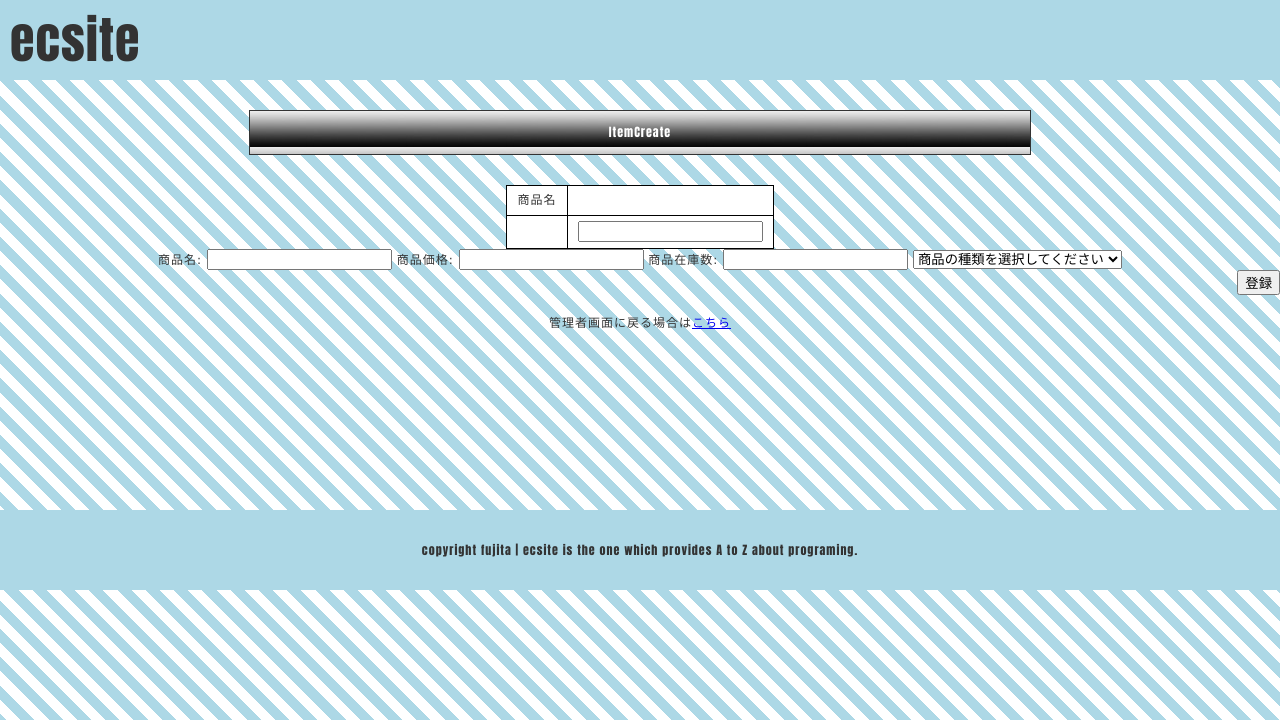
Repository: ryousukefujita-0423/test
Page: http://localhost/ecsite/itemCreate.jsp
These files come from the project's save history. The page is drawn as it stood at one moment and after the next save; the edit follows.
The browser window is 1280 px wide. The pictures show the whole page.
The page is served by Tomcat 9. Other server files are loaded and not shown.

Above is the page before, as saved 2019-03-22 03:16:20.

### ecsite/WebContent/itemCreate.jsp
<%@ page language="java" contentType="text/html; charset=UTF-8"
	pageEncoding="UTF-8"%>
<%@ taglib prefix="s" uri="/struts-tags"%>
<!DOCTYPE html>
<html>
<head>
<meta http-equiv="Content-Type" content="text/html; charset=UTF-8" />
<meta http-equiv="Content-Style-Type" content="text/css" />
<meta http-equiv="Content-Script-Type" content="text/javascript" />
<meta http-equiv="imagetoolbar" content="no" />
<meta name="description" content="" />
<meta name="keywords" content="" />
<link rel="stylesheet" type="text/css" href="./css/style.css">
<title>ItemCreate画面</title>
</head>
<body>
	<div id="header">ecsite</div>
	<div id="main">
		<div id="top">
			<p>ItemCreate</p>
		</div>
		<s:if test="errormsg !=''">
			<s:property value="errormsg" />
		</s:if>
		<s:form action="ItemCreateConfirmAction">
			<table>
				<tr>
					<td>商品名</td>
					<td><s:textfield name="item_name" /></td>
				</tr>

			</table>
			<s:textfield name="item_name" label="商品名" />
			<s:textfield name="item_price" label="商品価格" />
			<s:textfield name="item_stock" label="商品在庫数" />
			<select name="item_type">
				<option>商品の種類を選択してください</option>
				<option value="1">文房具</option>
				<option value="2">書籍</option>
				<option value="3">電化製品</option>
				<option value="4">食品</option>
				<option value="5">家具</option>
				<option value="6">日用雑貨</option>
			</select>
			<s:submit value="登録" />
		</s:form>
		<br>
		<div>
			管理者画面に戻る場合は<a href="http://localhost:8080/ecsite/admin.jsp" />こちら</a>
		</div>
	</div>
	<div id="footer">copyright fujita | ecsite is the one which
		provides A to Z about programing.</div>
</body>
</html>

### ecsite/WebContent/css/style.css
@CHARSET "UTF-8";

body {
	margin: 0;
	padding: 0;
	line-height: 1.6;
	letter-spacing: 1px;
	font-family: Verdana, Helvetica, sans-serif;
	font-size: 12px;
	color: #333;
	background: repeating-linear-gradient(45deg, lightblue, lightblue 10px, white 0,
		white 20px);
}

table {
	text-align: center;
	margin: 0 auto;
	border-collapse: collapse;
}

tr {
	background-color: white;
}

td {
	padding: 5px 10px;
	border: 1px solid black;
}

#top {
	width: 780px;
	margin: 30px auto;
	border: 1px solid #333;
	font-family: impact;
	background-image: url("../img/trbackba.jpg");
	background-position: top left;
	color: white;
	background-color: #eeeeff;
}

#header {
	widht: 100%;
	height: 80px;
	background-color: lightblue;
	line-height: 80px;
	font-family: impact;
	font-size: 50px;
	padding-left: 10px;
}

#kanri {
	clear: both;
	widht: 100%;
	height: 100px;
	line-height: 100px;
	text-align: center;
}

#main {
	widht: 100%;
	height: 100%;
	text-align: center;
	position: relative;
	min-height: 400px;
}

#footer {
	widht: 100%;
	height: 80px;
	background-color: lightblue;
	clear: both;
	font-family: impact;
	line-height: 80px;
	text-align: center;
	bottom: 0;
}

#text-center {
	display: inline-block;
	text-aligin: center;
}

#text-link {
	display: inline-block;
	text-aligin: right;
}

#text-center {
	display: inline-block;
	text-align: center;
}

#left {
	float: left;
	width: 50%;
	height: 200px;
}

#right {
	float: right;
	width: 50%;
	height: 200px;
}

#color {
	widht: 20px;
	height: 50px;
}

#checkbox_hidden {
	display: none;
}

#table_color {
	background-color: white;
}

#sold_color {
	color: red;
	border: 1px solid black;
}

#table_midashi {
	background-image: url("../img/trbackba.jpg");
	background-position: bottom left;
	color: white;
	background-color: #eeeeff;
}

#item_type {
	border-collapse: separate;
	border-spacing: 40px 20px;
}

After the next save:
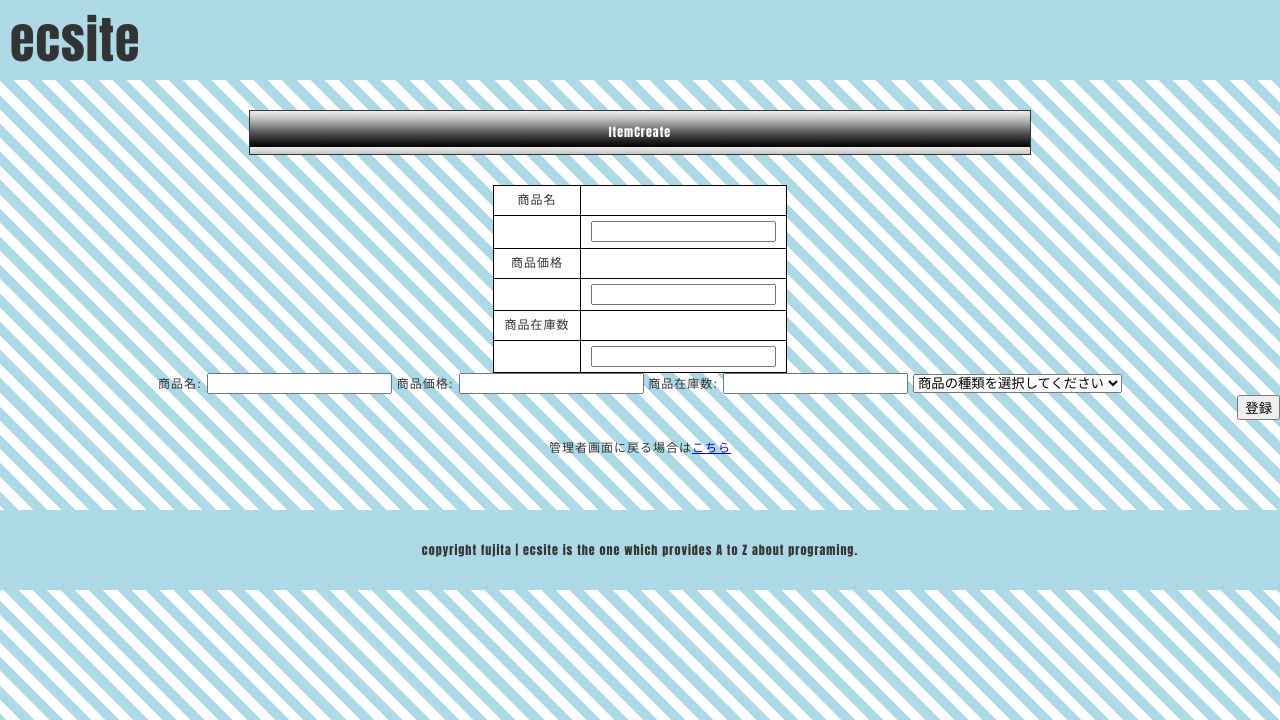
Saved 65 s later.
--- a/ecsite/WebContent/itemCreate.jsp
+++ b/ecsite/WebContent/itemCreate.jsp
@@ -28,6 +28,15 @@
 					<td>商品名</td>
 					<td><s:textfield name="item_name" /></td>
 				</tr>
+				<tr>
+					<td>商品価格</td>
+					<td><s:textfield name="item_price" /></td>
+				</tr>
+				<tr>
+					<td>商品在庫数</td>
+					<td><s:textfield name="item_stock" /></td>
+				</tr>
+
 
 			</table>
 			<s:textfield name="item_name" label="商品名" />
